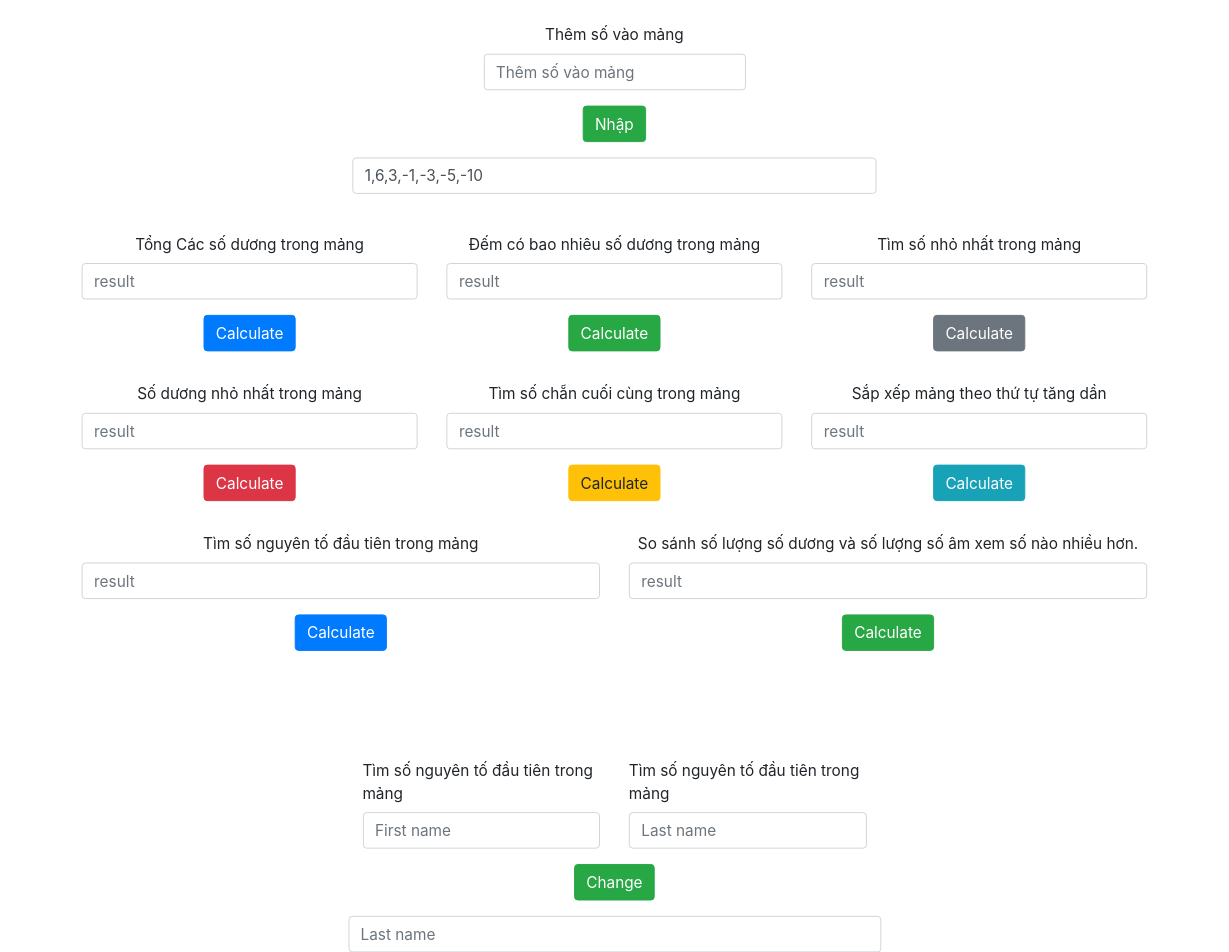
Repository: baobaodeveloper/bootcamp21__array__HuynhAnhBao
Page: index.html
An editor plug-in stored every save of this project. The page is shown before and after the next save, followed by the edit.
The browser window is 1280 px wide. The pictures show the whole page, at 96% of full size.

Above is the page before, as saved 2022-03-20 19:15:54.

After the next save:
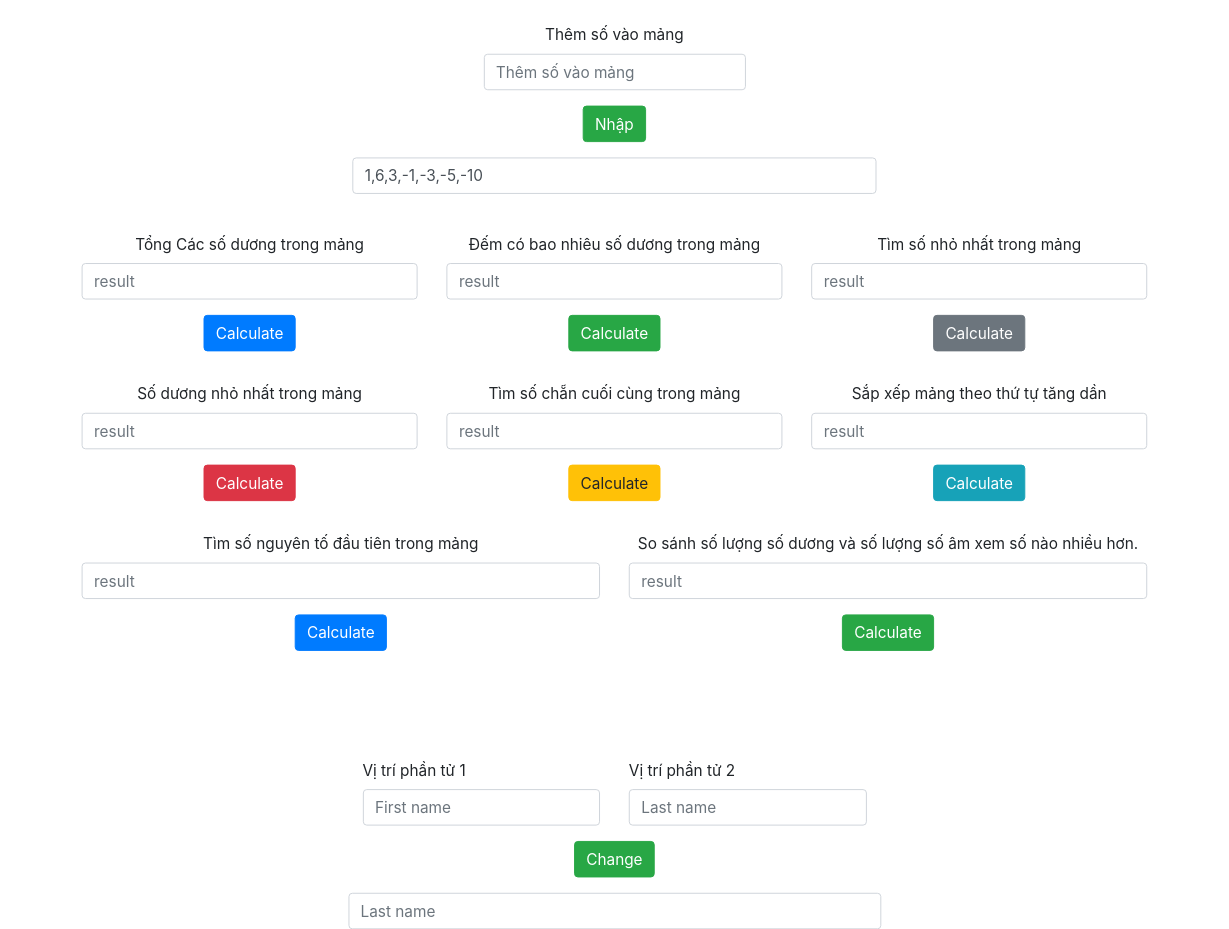
Saved 53 s later.
--- a/index.html
+++ b/index.html
@@ -171,7 +171,7 @@
     <div class="container mt-5 pt-5">
       <div class="row w-50 m-auto">
         <div class="col">
-          <label class="form-label">Tìm số nguyên tố đầu tiên trong mảng</label>
+          <label class="form-label">Vị trí phần tử 1</label>
           <input
             type="text"
             class="form-control"
@@ -180,7 +180,7 @@
           />
         </div>
         <div class="col">
-          <label class="form-label">Tìm số nguyên tố đầu tiên trong mảng</label>
+          <label class="form-label">Vị trí phần tử 2</label>
           <input
             type="text"
             class="form-control"
